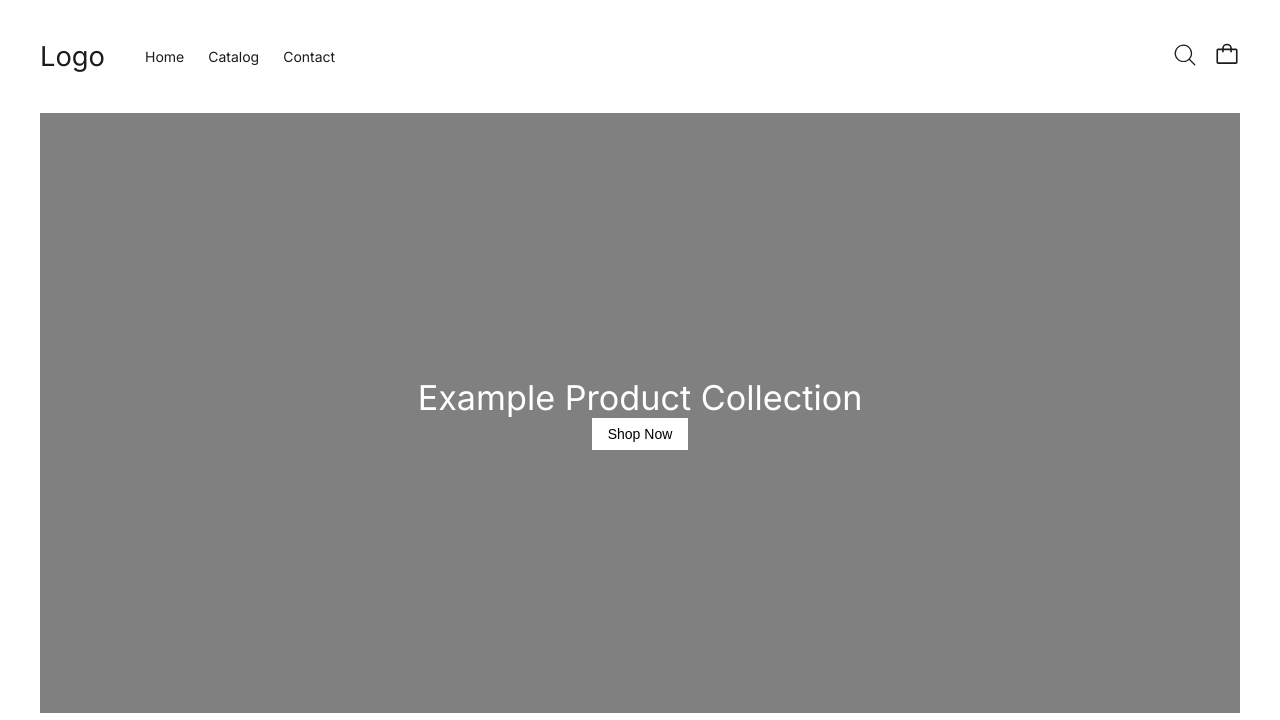
Repository: David-Waite/ecommercefrontendTemplate
Page: /
These files come from the project's save history. The page is drawn as it stood at one moment and after the next save; the edit follows.
The browser window is 1280 px wide. The pictures show the whole page.
The project was rebuilt for these pictures with package versions that can differ from the ones it lists, and the page was loaded fresh each time. The framework's server and built-in components were replaced by stand-ins that run in the browser. Also part of the build but not shown: next.config.js.

Above is the page before, as saved 2023-08-24 19:29:42.

After the next save:
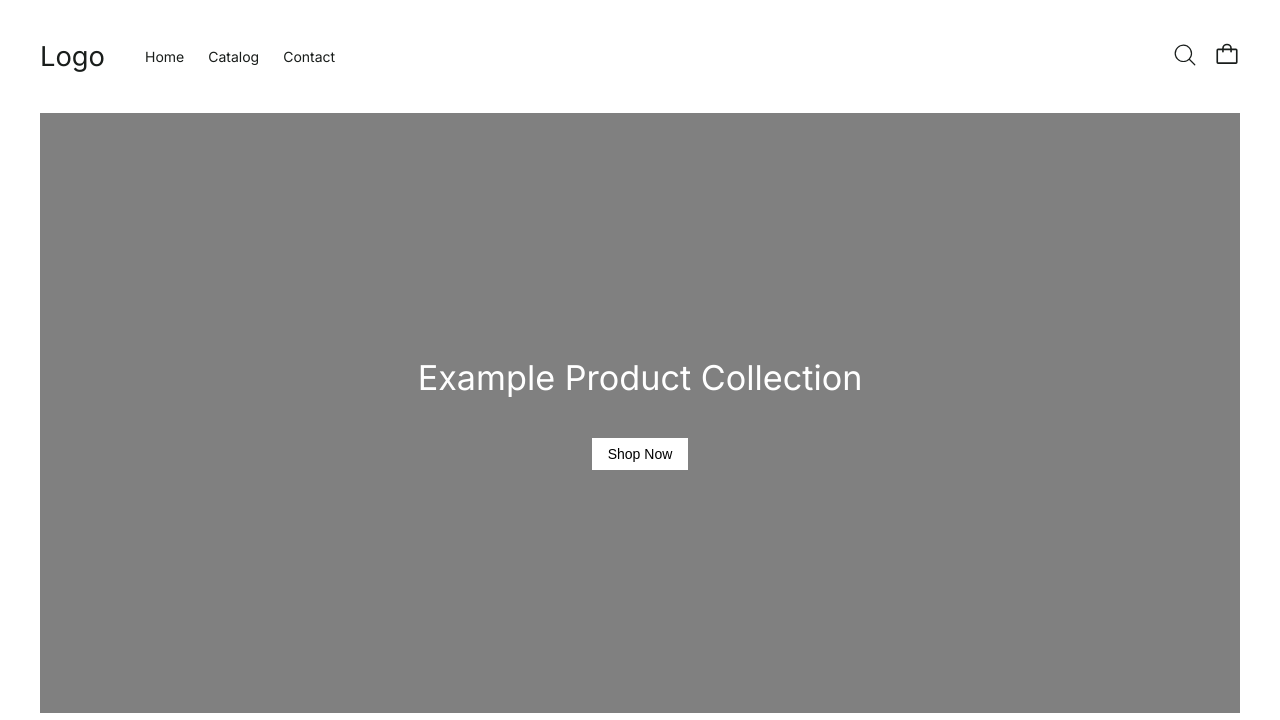
Saved 6 s later.
--- a/app/page.module.css
+++ b/app/page.module.css
@@ -8,6 +8,7 @@
   height: 600px;
   background-color: grey;
   display: flex;
+  gap: 40px;
   flex-direction: column;
   align-items: center;
   justify-content: center;
